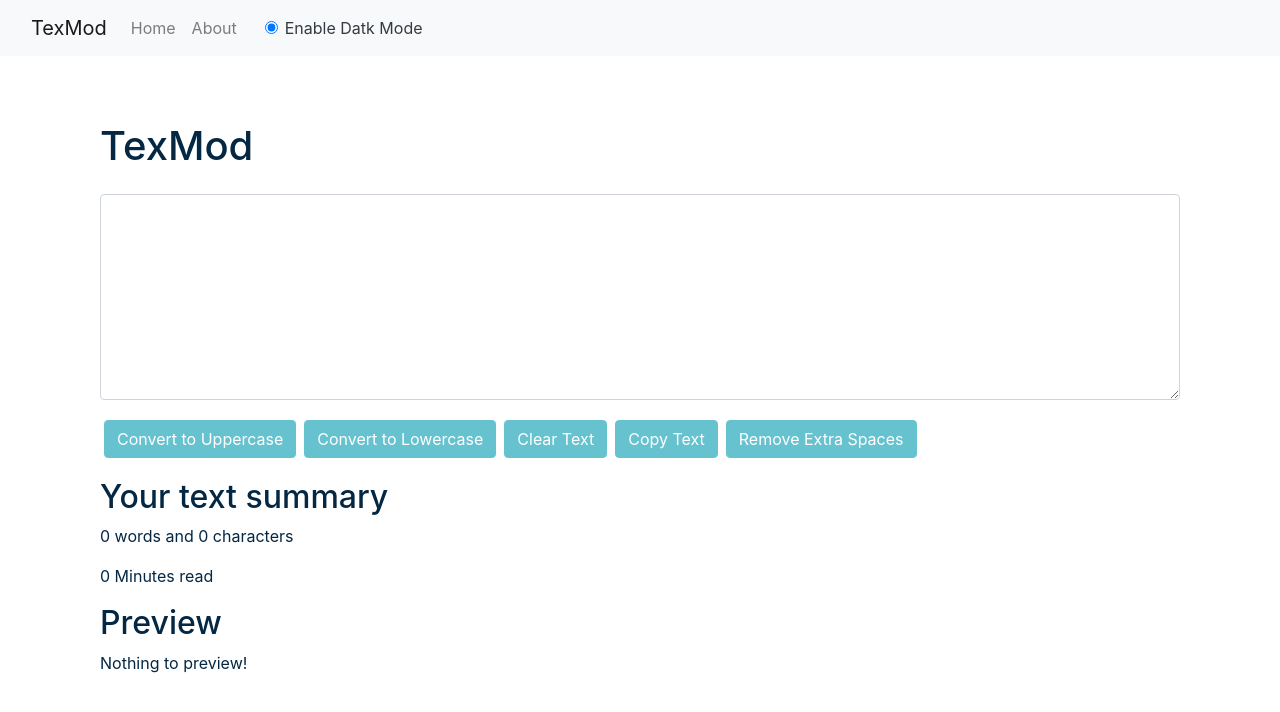
Repository: Ayush-dixit-15/TexMod
Page: /
These files come from the project's save history. The page is drawn as it stood at one moment and after the next save; the edit follows.
The browser window is 1280 px wide. The pictures show the whole page.
The project was rebuilt for these pictures with package versions that can differ from the ones it lists, and the page was loaded fresh each time. Also part of the build but not shown: src/index.css, src/App.css, src/components/About.js.

Above is the page before, as saved 2022-07-01 20:23:08.

### public/index.html
<!DOCTYPE html>
<html lang="en">
  <head>
    <meta charset="utf-8" />
    <link rel="icon" href="%PUBLIC_URL%/favicon.ico" />
    <meta name="viewport" content="width=device-width, initial-scale=1" />
    <meta name="theme-color" content="#000000" />
    <meta
      name="description"
      content=""
    />
    <link rel="apple-touch-icon" href="%PUBLIC_URL%/logo192.png" />
    <link rel="manifest" href="%PUBLIC_URL%/manifest.json" />
    <link rel="stylesheet" href="https://cdn.jsdelivr.net/npm/bootstrap@4.6.1/dist/css/bootstrap.min.css" integrity="sha384-zCbKRCUGaJDkqS1kPbPd7TveP5iyJE0EjAuZQTgFLD2ylzuqKfdKlfG/eSrtxUkn" crossorigin="anonymous">
    <link rel="apple-touch-icon" sizes="57x57" href="/apple-icon-57x57.png">
    <link rel="apple-touch-icon" sizes="57x57" href="/apple-icon-57x57.png">
    <link rel="apple-touch-icon" sizes="60x60" href="/apple-icon-60x60.png">
    <link rel="apple-touch-icon" sizes="72x72" href="/apple-icon-72x72.png">
    <link rel="apple-touch-icon" sizes="76x76" href="/apple-icon-76x76.png">
    <link rel="apple-touch-icon" sizes="114x114" href="/apple-icon-114x114.png">
    <link rel="apple-touch-icon" sizes="120x120" href="/apple-icon-120x120.png">
    <link rel="apple-touch-icon" sizes="144x144" href="/apple-icon-144x144.png">
    <link rel="apple-touch-icon" sizes="152x152" href="/apple-icon-152x152.png">
    <link rel="apple-touch-icon" sizes="180x180" href="/apple-icon-180x180.png">
    <link rel="icon" type="image/png" sizes="192x192"  href="/android-icon-192x192.png">
    <link rel="icon" type="image/png" sizes="32x32" href="/favicon-32x32.png">
    <link rel="icon" type="image/png" sizes="96x96" href="/favicon-96x96.png">
    <link rel="icon" type="image/png" sizes="16x16" href="/favicon-16x16.png">
    <link rel="manifest" href="/manifest.json">
    <meta name="msapplication-TileColor" content="#ffffff">
    <meta name="msapplication-TileImage" content="/ms-icon-144x144.png">
    <meta name="theme-color" content="#ffffff">
    <title>TexMod</title>
  </head>
  <body>

    <div id="root"></div>
    <script src="https://cdn.jsdelivr.net/npm/jquery@3.5.1/dist/jquery.slim.min.js" integrity="sha384-DfXdz2htPH0lsSSs5nCTpuj/zy4C+OGpamoFVy38MVBnE+IbbVYUew+OrCXaRkfj" crossorigin="anonymous"></script>
    <script src="https://cdn.jsdelivr.net/npm/bootstrap@4.6.1/dist/js/bootstrap.bundle.min.js" integrity="sha384-fQybjgWLrvvRgtW6bFlB7jaZrFsaBXjsOMm/tB9LTS58ONXgqbR9W8oWht/amnpF" crossorigin="anonymous"></script>
  </body>
</html>

### src/App.js
import './App.css';
import Navbar from './components/Navbar';
import TextForm from './components/TextForm';
import About from './components/About';
import React, { useState } from 'react';
import Alert from './components/Alert';
import {
  BrowserRouter as Router,
  Switch,
  Route
} from "react-router-dom";


function App() {
  const [mode, setMode] = useState('light'); // Whether dark mode is enabled or not
  const [alert, setAlert] = useState(null);

  const showAlert = (message, type)=>{
      setAlert({
        msg: message,
        type: type
      })
      setTimeout(() => {
          setAlert(null);
      }, 1500);
  }

  const toggleMode = ()=>{
    if(mode === 'light'){
      setMode('dark');
      document.body.style.backgroundColor = '#042743';
      showAlert("Dark mode has been enabled", "success");
    }
    else{
      setMode('light');
      document.body.style.backgroundColor = 'white';
      showAlert("Light mode has been enabled", "success");
    }
  }
  return (
    <>
    <Router>
    <Navbar title="TexMod" mode={mode} toggleMode={toggleMode} key={new Date()} />
    <Alert alert={alert}/>
    <div className="container my-3">
    <Switch>
    {/* /users --> Component 1
        /users/home --> Component 2 */}
          <Route exact path="/about">
            <About mode={mode} />
          </Route>
          <Route exact path="/">
            <TextForm showAlert={showAlert} heading="TexMod" mode={mode}/>
          </Route>
    </Switch>
    </div>
    </Router>
    </>
  );
}

export default App;

### src/components/Navbar.js
import React from "react";
import PropTypes from "prop-types";
import { Link } from "react-router-dom";

export default function Navbar(props) {
  return (
    <nav
      className={`navbar navbar-expand-lg navbar-${props.mode} bg-${props.mode}`}
    >
      <div className="container-fluid">
        <Link className="navbar-brand" to="/">
          {props.title}
        </Link>
        <button
          className="navbar-toggler"
          type="button"
          data-bs-toggle="collapse"
          data-bs-target="#navbarSupportedContent"
          aria-controls="navbarSupportedContent"
          aria-expanded="false"
          aria-label="Toggle navigation"
        >
          <span className="navbar-toggler-icon"></span>
        </button>
        <div className="collapse navbar-collapse" id="navbarSupportedContent">
          <ul className="navbar-nav me-auto mb-2 mb-lg-0">
            <li className="nav-item">
              <Link className="nav-link" aria-current="page" to="/">
                Home
              </Link>
            </li>
            <li className="nav-item">
              <Link className="nav-link" to="/about">
                {props.aboutText}
              </Link>
            </li>
          </ul>
          <div
            className={`form-check form-switch text-${
              props.mode === "light" ? "dark" : "light"
            }`}
          >

  <div class="form-check">
  <input class="form-check-input" type="radio" onClick={props.toggleMode} name="exampleRadios" id="exampleRadios1" value="option1" checked/>
  <label class="form-check-label" for="exampleRadios1">
   Enable Datk Mode
  </label>
</div>

          </div>
        </div>
      </div>
    </nav>
  );
}

Navbar.propTypes = {
  title: PropTypes.string.isRequired,
  aboutText: PropTypes.string.isRequired,
};

Navbar.defaultProps = {
  title: "Set title here",
  aboutText: "About",
};

### src/components/TextForm.js
import React, {useState} from 'react'


export default function TextForm(props) {
    const handleUpClick = ()=>{
        let newText = text.toUpperCase();
        setText(newText)
        props.showAlert("Converted to uppercase!", "success");
    }

    const handleLoClick = ()=>{
        let newText = text.toLowerCase();
        setText(newText)
        props.showAlert("Converted to lowercase!", "success");
    }

    const handleClearClick = ()=>{
        let newText = '';
        setText(newText);
        props.showAlert("Text Cleared!", "success");
    }

    const handleOnChange = (event)=>{
        setText(event.target.value)
    }
    const handleCopy = () => {
        navigator.clipboard.writeText(text);
        props.showAlert("Copied to Clipboard!", "success");
    }

    const handleExtraSpaces = () => {
        let newText = text.split(/[ ]+/);
        setText(newText.join(" "));
        props.showAlert("Extra spaces removed!", "success");
    }

    const [text, setText] = useState('');

    return (
        <>
        <div className="container" style={{color: props.mode==='dark'?'white':'#042743'}}>
            <h1 className='mb-4'>{props.heading}</h1>
            <div className="mb-3">
            <textarea className="form-control" value={text} onChange={handleOnChange} style={{backgroundColor: props.mode==='dark'?'#13466e':'white', color: props.mode==='dark'?'white':'#042743'}} id="myBox" rows="8"></textarea>
            </div>
            <button disabled={text.length===0} className="btn btn-info mx-1 my-1" onClick={handleUpClick}>Convert to Uppercase</button>
            <button disabled={text.length===0} className="btn btn-info mx-1 my-1" onClick={handleLoClick}>Convert to Lowercase</button>
            <button disabled={text.length===0} className="btn btn-info mx-1 my-1" onClick={handleClearClick}>Clear Text</button>
            <button disabled={text.length===0} className="btn btn-info mx-1 my-1" onClick={handleCopy}>Copy Text</button>
            <button disabled={text.length===0} className="btn btn-info mx-1 my-1" onClick={handleExtraSpaces}>Remove Extra Spaces</button>
        </div>
        <div className="container my-3" style={{color: props.mode==='dark'?'white':'#042743'}}>
            <h2>Your text summary</h2>
            <p>{text.split(/\s+/).filter((element)=>{return element.length!==0}).length} words and {text.length} characters</p>
            <p>{0.008 *  text.split(/\s+/).filter((element)=>{return element.length!==0}).length} Minutes read</p>
            <h2>Preview</h2>
            <p>{text.length>0?text:"Nothing to preview!"}</p>
        </div>
        </>
    )
}

Loaded but not shown: src/index.js (common file); src/reportWebVitals.js (common file); src/components/Alert.js (common file)

After the next save:
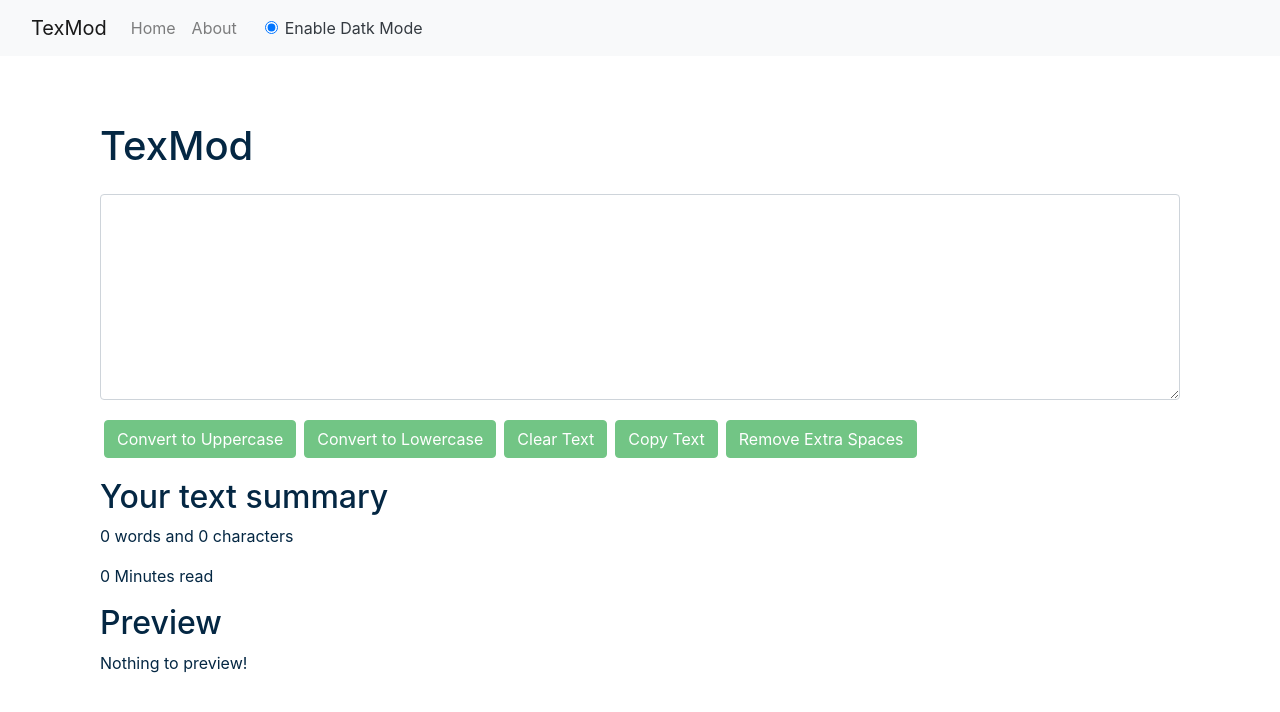
Saved 91 s later.
--- a/src/components/TextForm.js
+++ b/src/components/TextForm.js
@@ -43,11 +43,11 @@ export default function TextForm(props) {
             <div className="mb-3">
             <textarea className="form-control" value={text} onChange={handleOnChange} style={{backgroundColor: props.mode==='dark'?'#13466e':'white', color: props.mode==='dark'?'white':'#042743'}} id="myBox" rows="8"></textarea>
             </div>
-            <button disabled={text.length===0} className="btn btn-info mx-1 my-1" onClick={handleUpClick}>Convert to Uppercase</button>
-            <button disabled={text.length===0} className="btn btn-info mx-1 my-1" onClick={handleLoClick}>Convert to Lowercase</button>
-            <button disabled={text.length===0} className="btn btn-info mx-1 my-1" onClick={handleClearClick}>Clear Text</button>
-            <button disabled={text.length===0} className="btn btn-info mx-1 my-1" onClick={handleCopy}>Copy Text</button>
-            <button disabled={text.length===0} className="btn btn-info mx-1 my-1" onClick={handleExtraSpaces}>Remove Extra Spaces</button>
+            <button disabled={text.length===0} className="btn btn-success mx-1 my-1" onClick={handleUpClick}>Convert to Uppercase</button>
+            <button disabled={text.length===0} className="btn btn-success mx-1 my-1" onClick={handleLoClick}>Convert to Lowercase</button>
+            <button disabled={text.length===0} className="btn btn-success mx-1 my-1" onClick={handleClearClick}>Clear Text</button>
+            <button disabled={text.length===0} className="btn btn-success mx-1 my-1" onClick={handleCopy}>Copy Text</button>
+            <button disabled={text.length===0} className="btn btn-success mx-1 my-1" onClick={handleExtraSpaces}>Remove Extra Spaces</button>
         </div>
         <div className="container my-3" style={{color: props.mode==='dark'?'white':'#042743'}}>
             <h2>Your text summary</h2>
